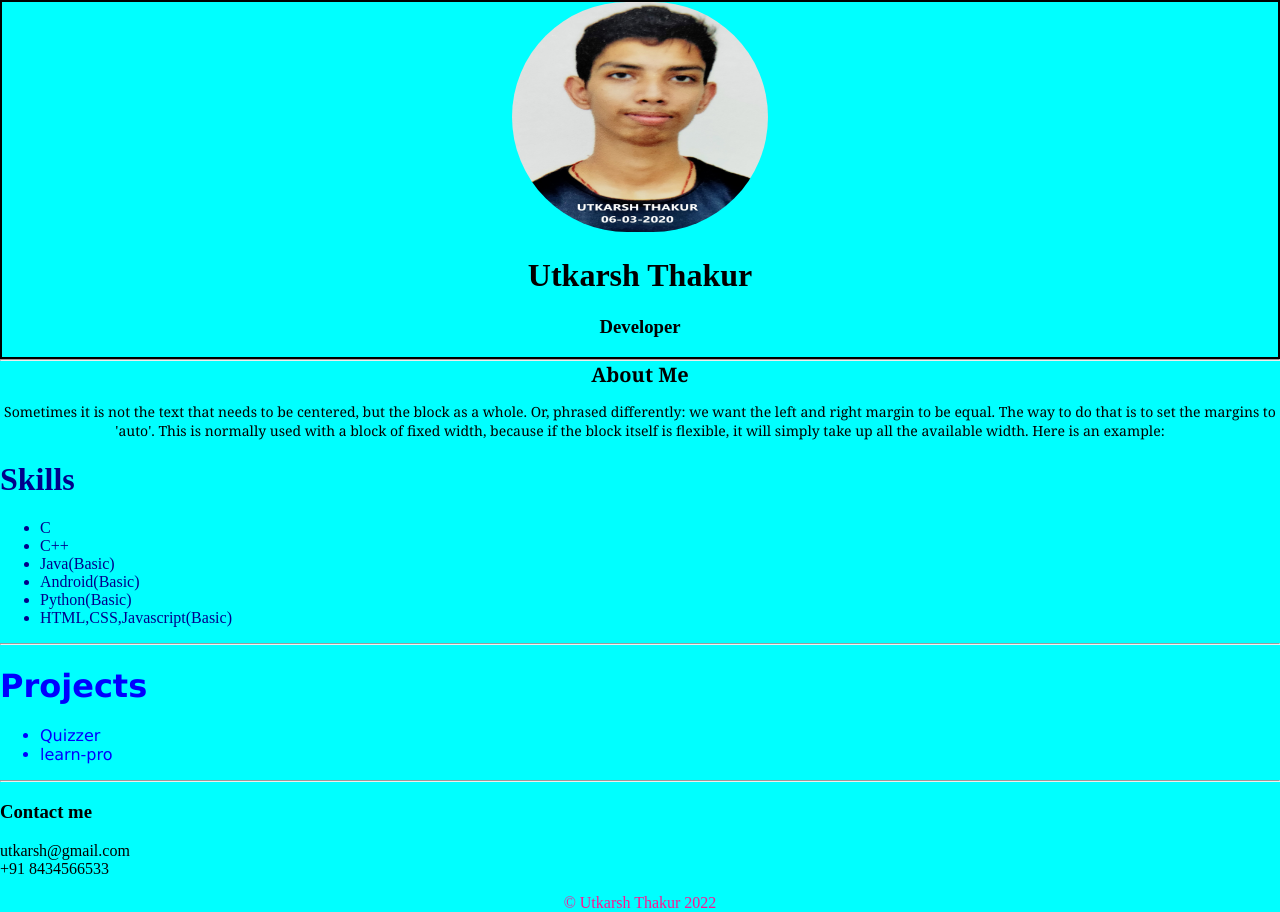
Repository: UtkarshThakur321/Utkarsh-Thakur-Profile
Page: index.html
The author's editor kept a copy of each file at every save. The page is drawn from the files as they stood at one save, then again after the next save.
The browser window is 1280 px wide. The pictures show the whole page.

Above is the page before, as saved 2022-01-18 22:25:50.
Not found: main.js

After the next save:
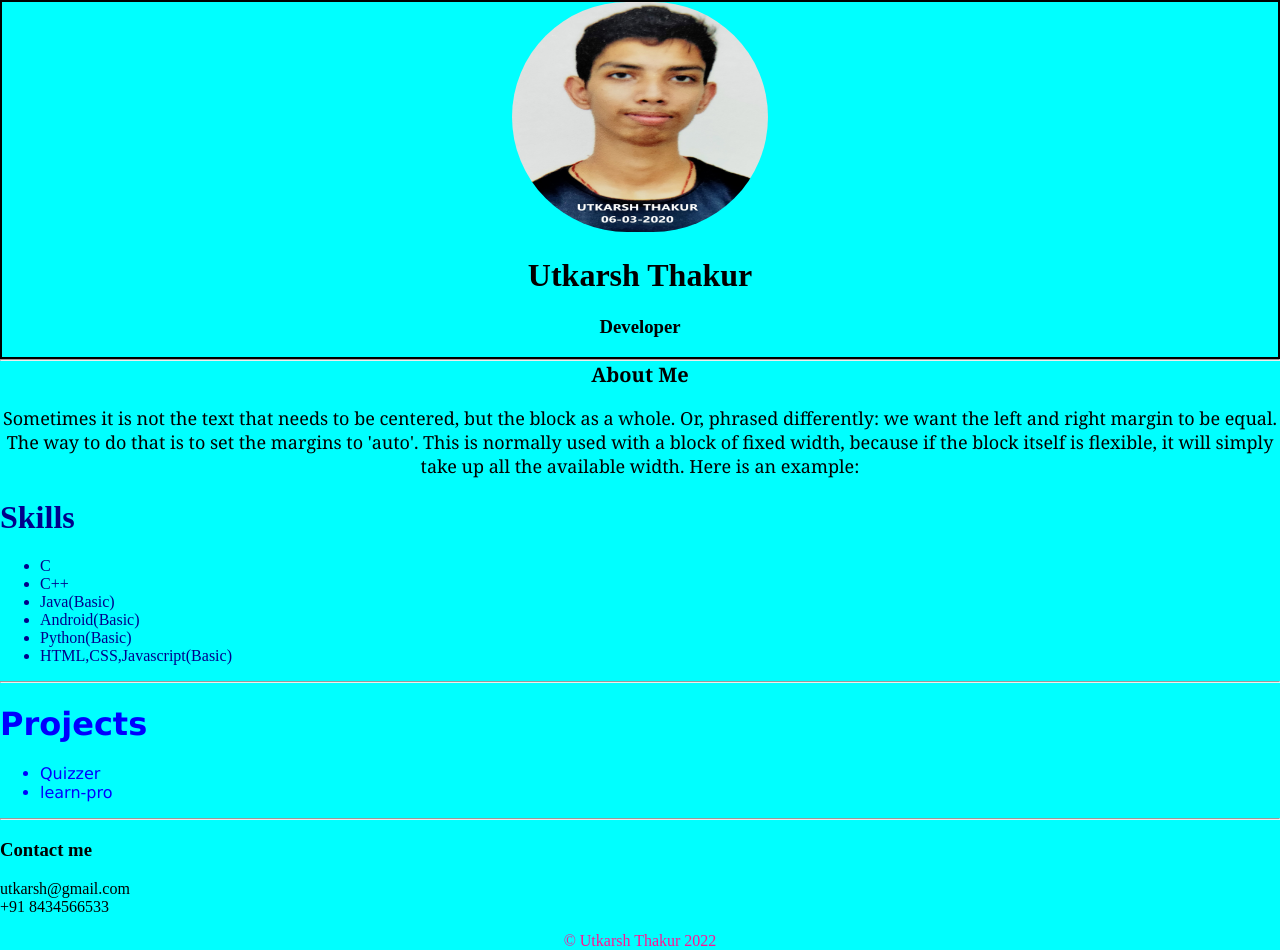
Saved 12 s later.
--- a/index.css
+++ b/index.css
@@ -29,7 +29,7 @@ body{
 #aboutMeContent{
     text-align:center;
     font-family: Georgia, 'Times New Roman', Times, serif;
-    font-size:14px;
+    font-size:18px;
 
 }
 
